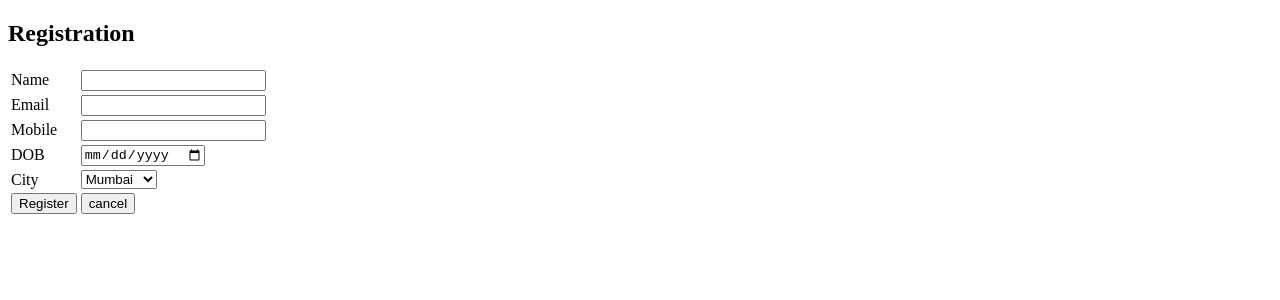
Repository: saurabh-7079/BookApp
Page: UserManagement/WebContent/home.html
These files come from the project's save history. The page is drawn as it stood at one moment and after the next save; the edit follows.
The browser window is 1280 px wide. The pictures show the whole page.

Above is the page before, as saved 2023-06-05 13:21:29.

### UserManagement/WebContent/home.html
<!DOCTYPE html>
<html>
<head>
<meta charset="ISO-8859-1">
<title>Insert title here</title>
</head>
<body>
   <form action="register" method="post">
      <h2>Registration </h2>
      <table>
      <tr>
      <td>Name</td>
      <td><input type="text" name="userName" required></td>
      </tr>
      <tr>
      <td>Email</td>
      <td><input type="email" name="email" required></td>
      </tr>
      <tr>
      <td>Mobile</td>
      <td><input type="text" name="mobile" required></td>
      </tr>
      <tr>
      <td>DOB</td>
      <td><input type="date" name="dob" required></td>
      </tr>
      <tr>
      <td>City</td>
      <td><select name="city>
          <option> value="pune">Pune</option>
          <option value="mumbai">Mumbai</option>
          <option value="delhi">Delhi</option>
          <option value="banglore">Banglore</option>
      </select></td>
      </tr>
      <tr>
      <td><button type="submit"> Register</button></td>
      <td><button type="reset"> cancel</button></td>
      </tr>
      </table>

   </form>
</body>
</html>

Loaded but not shown: UserManagement/WebContent/css/bootstrap.css (library)

After the next save:
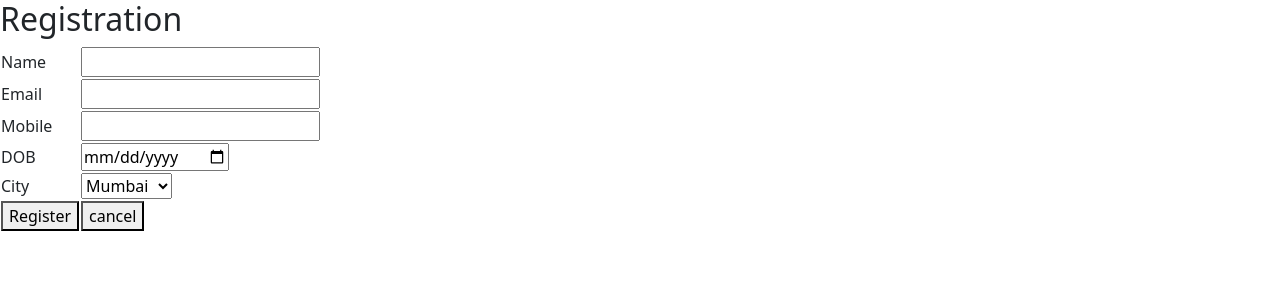
Saved 114 s later.
--- a/UserManagement/WebContent/home.html
+++ b/UserManagement/WebContent/home.html
@@ -3,6 +3,7 @@
 <head>
 <meta charset="ISO-8859-1">
 <title>Insert title here</title>
+<link rel="stylesheet" href="css/bootstrap.css"></link>
 </head>
 <body>
    <form action="register" method="post">
